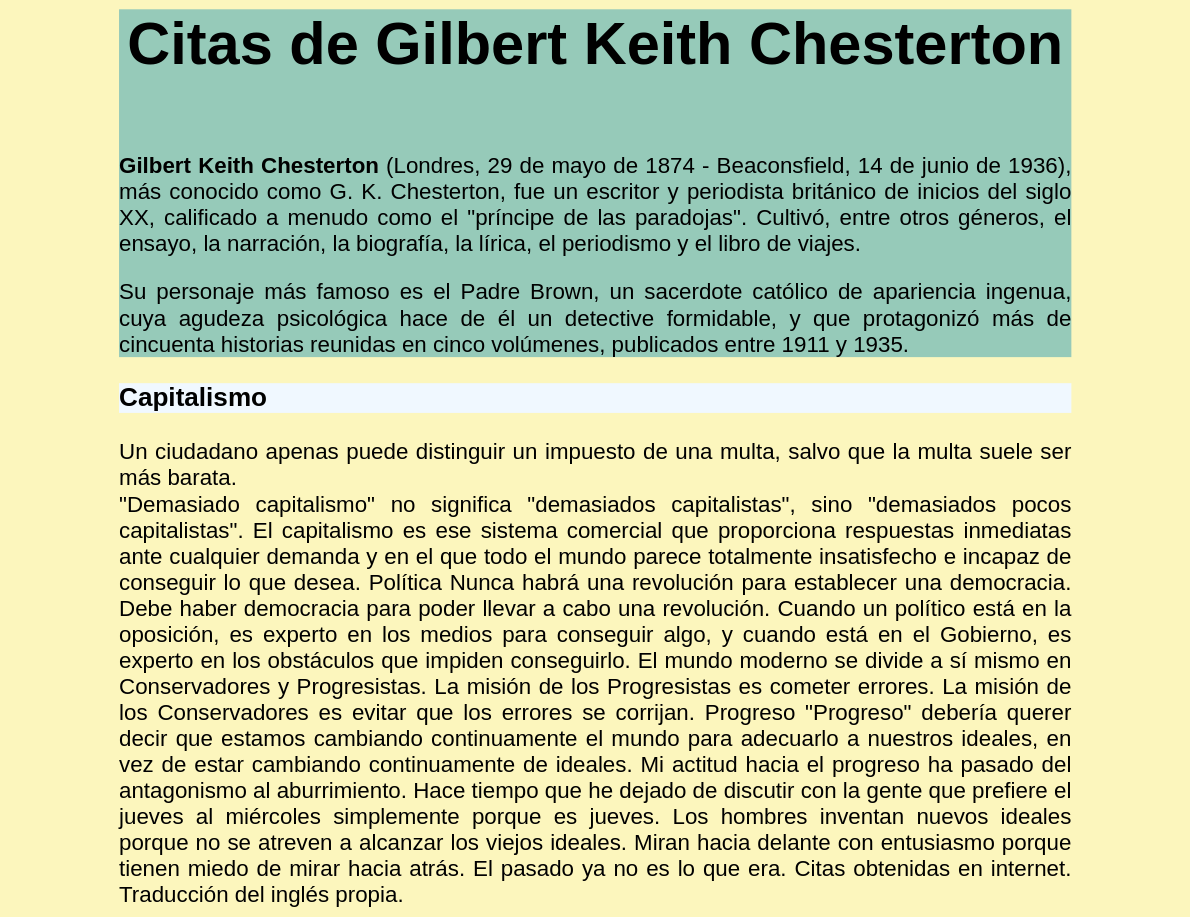
Repository: EmilyMachuca-Developer/Advanced-Programming-Projects
Page: index.html
These files come from the project's save history. The page is drawn as it stood at one moment and after a run of saves; the edit follows.
The browser window is 1280 px wide. The pictures show the whole page, at 93% of full size.

Above is the page before, as saved 2024-02-26 20:27:08.

### index.html
<html lang="es">
<head>
<meta charset="utf-8">
<link rel="stylesheet" href="Taller 2/css/style.css">
<title>Emily Machuca</title>
</head>

<body>
    <div style="background-color: rgb(150, 202, 185);">
        <h1>Citas de Gilbert Keith Chesterton</h1> <br><br>
        <p><strong>Gilbert Keith Chesterton</strong> (Londres, 29 de mayo de 1874 - Beaconsfield, 14 de junio de 1936), más conocido como G. K. Chesterton, fue un escritor y periodista británico de inicios del siglo XX, calificado a menudo como el "príncipe de las paradojas". Cultivó, entre otros géneros, el ensayo, la narración, la biografía, la lírica, el periodismo y el libro de viajes.</p>
        <p>Su personaje más famoso es el Padre Brown, un sacerdote católico de apariencia ingenua, cuya agudeza psicológica hace de él un detective formidable, y que protagonizó más de cincuenta historias reunidas en cinco volúmenes, publicados entre 1911 y 1935.</p>
    </div>

<div style="background-color: aliceblue;"><h3>Capitalismo</h3></div>

<div>Un ciudadano apenas puede distinguir un impuesto de una multa, salvo que la multa suele ser más barata.</div>


"Demasiado capitalismo" no significa "demasiados capitalistas", sino "demasiados pocos capitalistas".

El capitalismo es ese sistema comercial que proporciona respuestas inmediatas ante cualquier demanda y en el que todo el mundo parece totalmente insatisfecho e incapaz de conseguir lo que desea.

Política

Nunca habrá una revolución para establecer una democracia. Debe haber democracia para poder llevar a cabo una revolución.

Cuando un político está en la oposición, es experto en los medios para conseguir algo, y cuando está en el Gobierno, es experto en los obstáculos que impiden conseguirlo.

El mundo moderno se divide a sí mismo en Conservadores y Progresistas. La misión de los Progresistas es cometer errores. La misión de los Conservadores es evitar que los errores se corrijan.

Progreso

"Progreso" debería querer decir que estamos cambiando continuamente el mundo para adecuarlo a nuestros ideales, en vez de estar cambiando continuamente de ideales.

Mi actitud hacia el progreso ha pasado del antagonismo al aburrimiento. Hace tiempo que he dejado de discutir con la gente que prefiere el jueves al miércoles simplemente porque es jueves.

Los hombres inventan nuevos ideales porque no se atreven a alcanzar los viejos ideales. Miran hacia delante con entusiasmo porque tienen miedo de mirar hacia atrás.

El pasado ya no es lo que era.

Citas obtenidas en internet. Traducción del inglés propia.
</body>
</html>

### Taller 2/css/style.css
body {
    margin: 10px 10%;
    background-color: fcf6bd;
    font-family: sans-serif;
    font-size: 1.5rem;
    text-align: justify;
  }

  header {
    padding: 0 10px;
    background-color: hwb(0 94% 6% / 0.767);
  }

  h1 {
    margin: 0;
    font-size: 4rem;
    text-align: center;
  }

  main {
    display: block;
    border: white 2px solid;
    padding: 10px;
  }

  section {
    padding-bottom: 5px;
    background-color: hwb(14 0% 26%)
  }

  section + section {
    margin-top: 40px;
  }

  h2 {
    margin: 0;
    padding-left: 10px;
    background-color: white;
  }

  section p {
    border: hwb(16 45% 27%)10px solid;
    margin: 20px 10%;
    padding: 10px;
    color: white;
    line-height: 200%;
  }

  footer {
    border-top: black 5px solid;
    margin: 20px 0;
    padding: 0 10px;
    background-color: hwb(15 50% 40%);
    font-size: 1.2rem;
  }

After the next 2 saves:
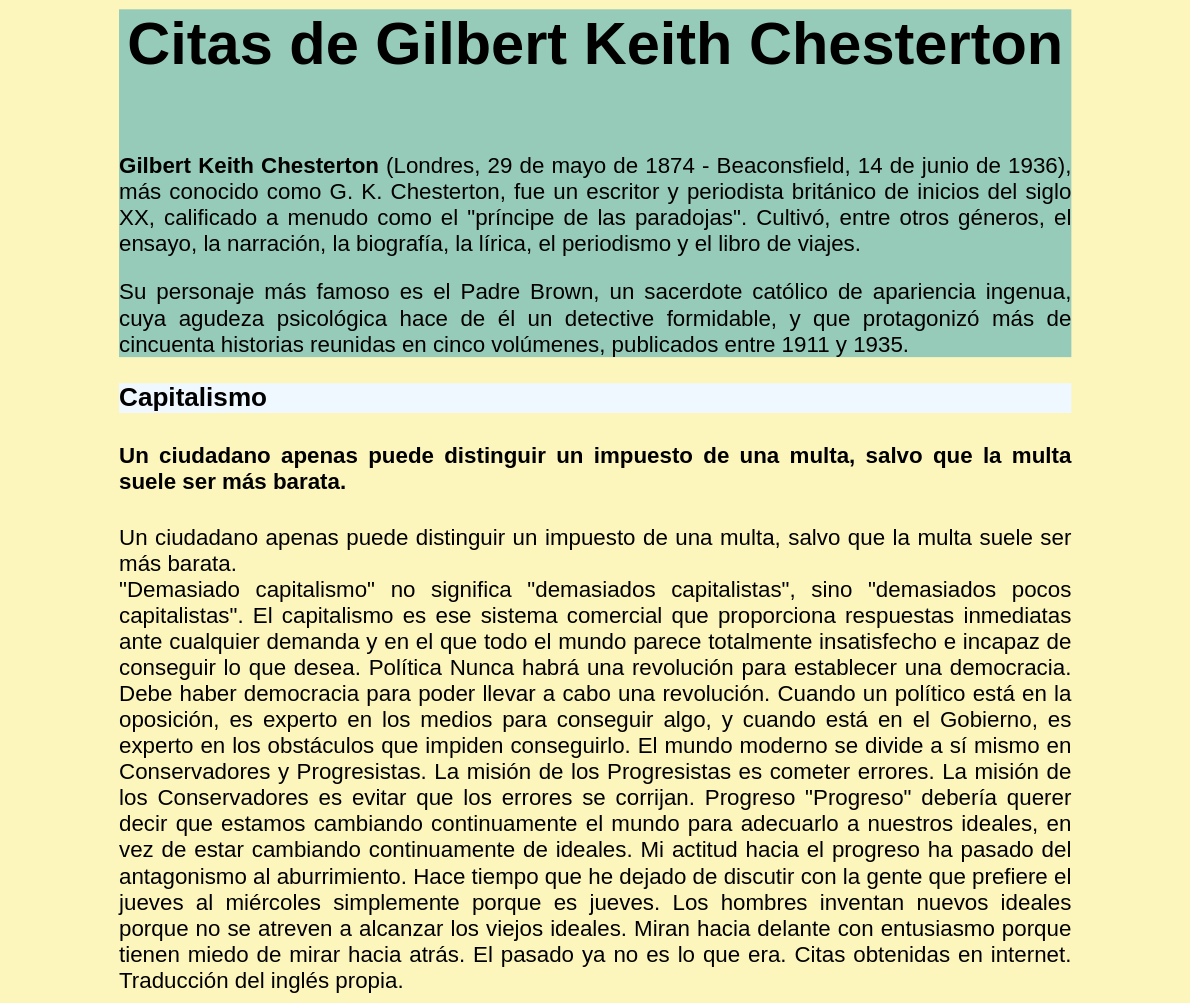
The 2 saves are shown as one change because they came seconds apart.
The last was saved 19 s later.
--- a/index.html
+++ b/index.html
@@ -14,7 +14,7 @@
 
 <div style="background-color: aliceblue;"><h3>Capitalismo</h3></div>
 
-<div>Un ciudadano apenas puede distinguir un impuesto de una multa, salvo que la multa suele ser más barata.</div>
+<div><h4>Un ciudadano apenas puede distinguir un impuesto de una multa, salvo que la multa suele ser más barata.</h4>Un ciudadano apenas puede distinguir un impuesto de una multa, salvo que la multa suele ser más barata.</div>
 
 
 "Demasiado capitalismo" no significa "demasiados capitalistas", sino "demasiados pocos capitalistas".
